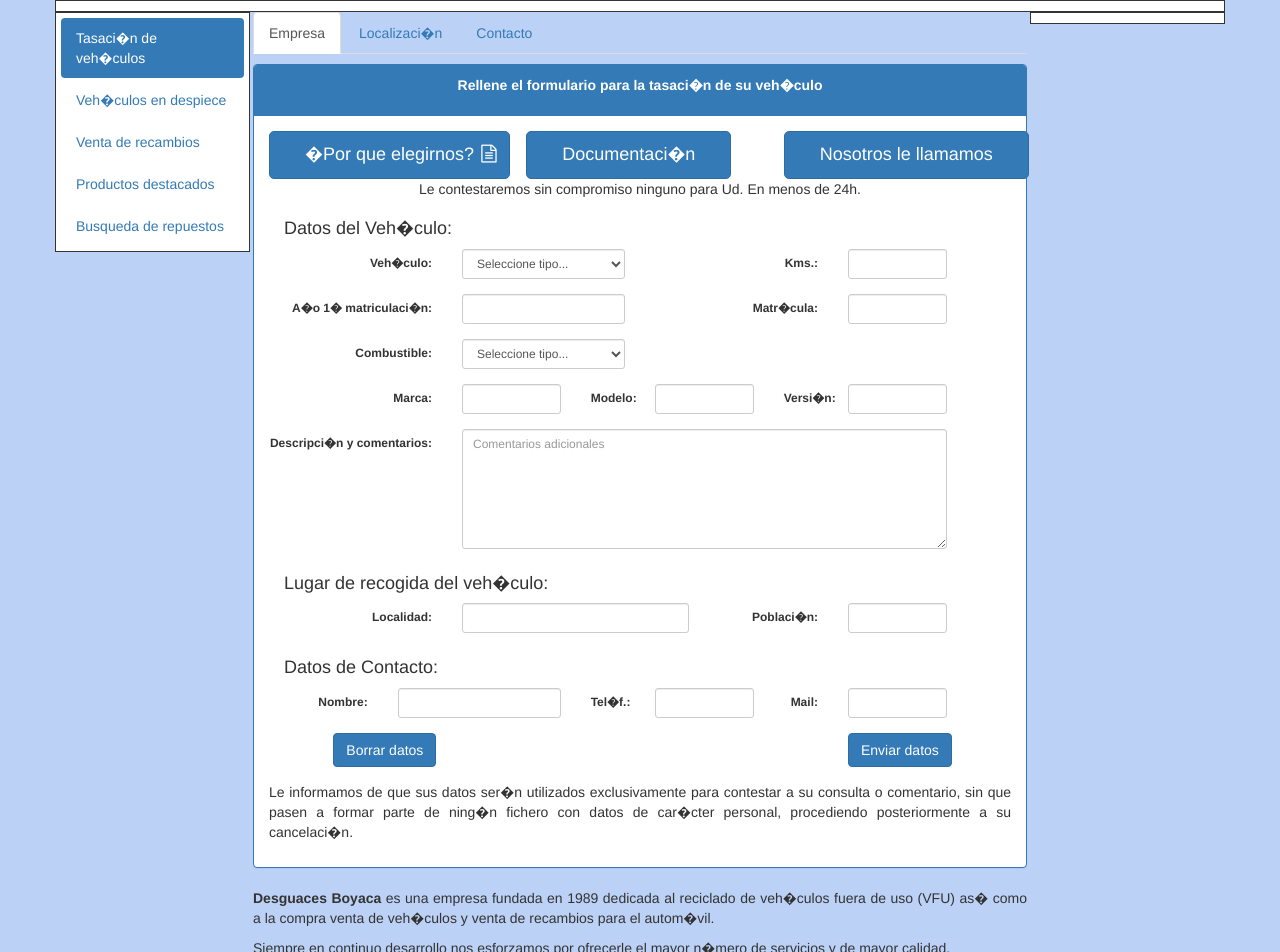
Repository: surrius/pruBoyaca
Page: http://localhost/
These files come from the project's save history. The page is drawn as it stood at one moment and after the next save; the edit follows.
The browser window is 1280 px wide. The pictures show the part of the page from y = 0 to 952 px (the page is 2669 px tall before and 2663 px after).
The page is run by PHP 8.4 with error messages shown; the project is at /var/www/html/.

Above is the page before, as saved 2016-03-02 10:57:41.

### Boyaca/index.php
<!DOCTYPE html>
<html lang="es">
  <head>
<!-- 	<meta http-equiv="Content-Type" content="text/html"; charset=utf-8"/>  -->
	<meta content="text/html; charset=iso-8859-1" http-equiv=Content-Type>
    <meta http-equiv="X-UA-Compatible" content="IE=edge">
    <meta name="viewport" content="width=device-width, initial-scale=1">
    <title>Autodesguaces Boyaca</title>

    <!-- Bootstrap -->
    <link href="bootstrap/css/bootstrap.min.css" rel="stylesheet">
    <link href="css/boyaca_css.css" rel="stylesheet">
    <link type="text/css" rel="stylesheet" href="css/font-awesome.min.css"/>
    <!-- jQuery (necessary for Bootstrap's JavaScript plugins) -->
    <script src="js/jquery-1.12.0.min.js"></script>
    <!-- Include all compiled plugins (below), or include individual files as needed -->
    <script src="bootstrap/js/bootstrap.min.js"></script>

    <!-- HTML5 Shim and Respond.js IE8 support of HTML5 elements and media queries -->
    <!-- WARNING: Respond.js doesn't work if you view the page via file:// -->
    <!--[if lt IE 9]>
      <script src="https://oss.maxcdn.com/libs/html5shiv/3.7.0/html5shiv.js"></script>
      <script src="https://oss.maxcdn.com/libs/respond.js/1.4.2/respond.min.js"></script>
    <![endif]-->
  </head>
  <body>
  	<div class="container">
  		<!-- Cabecera -->
  		<?php include "includes/main/head.php" ?>

      <!-- Parte central de interaccion con el MENU1 y el MENU2 -->
      <?php include "includes/main/central.php" ?>

      <!-- Pie de pÃ¡gina -->
      <?php include "includes/main/footer.php" ?>
  	</div>
  </body>
</html>

### Boyaca/includes/main/head.php
<!-- DIV contenedor de la cabecera -->

<div class="row prueba">

</div>

### Boyaca/includes/main/central.php

<!-- DIV contenedor de la informaciÃ³n seleccionada por el usuario desde el MENU1 y el MENU2 -->

<div class="row">
	<!-- Botonera del MENU 1 -->
	<div class="col-sm-2 prueba">
		<ul class="nav nav-pills nav-stacked">
			<li role="presentation" class="active"><a href="#">Tasación de vehículos</a></li>
			<li role="presentation"><a href="#">Vehículos en despiece</a></li>
			<li role="presentation"><a href="#">Venta de recambios</a></li>
			<li role="presentation"><a href="#">Productos destacados</a></li>
			<li role="presentation"><a href="#">Busqueda de repuestos</a></li>
		</ul>
	</div>

	<!-- div que recibirÃ¡ las pantallas segun la opcion de los MENUS que se pulse -->
	<div id="central" class="col-sm-8 menu-central">
		<ul class="nav nav-tabs">
			<li role="presentation" class="active">
				<a href="#">Empresa</a>
			</li>
			<li role="presentation">
				<a href="#">Localización</a>
			</li>
			<li role="presentation">
				<a href="#">Contacto</a>
			</li>
		</ul>

		<!-- Div donde se cargarÃ¡n todas las pantallas del MENU 2 -->
		<div id="cargaMenu2" class="carga-menu2">
			<!-- QUitar --> <?php include "includes/menu2/tasacion.php" ?>
			<!-- QUitar --> <?php include "includes/menu2/inicio.php" ?>
			<!-- QUitar --> <?php include "includes/menu2/localizacion.php" ?>
			<!-- QUitar --> <?php include "includes/menu2/contacto.php" ?>
		</div>
	</div>

	<!-- Area de Noticias y sellos autorizados -->
	<div class="col-sm-2 prueba">

	</div>
</div>

### Boyaca/includes/menu2/tasacion.php
<div class="panel panel-primary">
	<div class="panel-heading">
		<p class="text-center">
			<strong>Rellene el formulario para la tasación de su vehículo</strong>
		</p>
	</div>
	<div class="panel-body">
		<!-- Botones de ayuda tasaciones -->
		<div class="row">
			<div class="col-sm-4">
				<button id="botTasPorque" class="btn btn-primary bot-tasacion">¿Por que elegirnos?</button>
			</div>
			<div class="col-sm-4">
				<button id="botTasDocu" class="btn btn-primary bot-tasacion">Documentación</button>
			</div>
			<div class="col-sm-4">
				<button id="botTasCall" class="btn btn-primary bot-tasacion">Nosotros le llamamos</button>
			</div>
		</div>

		<p class="text-center">
			Le contestaremos sin compromiso ninguno para Ud. En menos de 24h.
		</p>
		<h4 class="col-sm-12">Datos del Vehículo:</h4>
		<form id="datosTasacion" class="form-horizontal">
			<div class="form-group form-group-sm">
			<!-- Tipo de Vehículo -->
				<label for="inputVehiculo" class="col-sm-3 control-label">Vehículo:</label>
				<div class="col-sm-3">
					<select id="inputVehiculo" class="form-control">
						<option value="00">Seleccione tipo...</option>
						<option value="01">Coche</option>
						<option value="02">Furgoneta</option>
						<option value="03">Moto</option>
					</select>
				</div>
			<!-- Kilometros -->
				<label for="kilometros" class="col-sm-1  col-md-offset-2 control-label">Kms.:</label>
				<div class="col-sm-2">
					<input type="text" class="form-control" id="kilometros" placeholder="">
				</div>
			</div>

			<!-- Año Matriculación -->
			<div class="form-group form-group-sm">
				<label for="anyoMatricula" class="col-sm-3 control-label">Año 1ª matriculación:</label>
				<div class="col-sm-3">
					<input type="text" class="form-control" id="anyoMatricula" placeholder="">
				</div>
			<!-- Matricula -->
				<label for="matricula" class="col-sm-3 control-label">Matrícula:</label>
				<div class="col-sm-2">
					<input type="text" class="form-control" id="matricula" placeholder="">
				</div>
			</div>

			<!-- Combustible -->
			<div class="form-group form-group-sm">
				<label for="inputCombustible" class="col-sm-3 control-label">Combustible:</label>
				<div class="col-sm-3">
					<select id="inputCombustible" class="form-control">
						<option value="00">Seleccione tipo...</option>
						<option value="01">Gasolina</option>
						<option value="02">Diesel</option>
						<option value="03">Híbrido</option>
					</select>
				</div>
			</div>

			<!-- Datos del vehículo -->
			<div class="form-group form-group-sm">
			<!-- Marca -->
				<label for="inputMarca" class="col-sm-3 control-label">Marca:</label>
				<div class="col-sm-2">
					<input type="text" class="form-control" id="inputMarca" placeholder="">
				</div>
			<!-- Modelo -->
				<label for="inputModelo" class="col-sm-1 control-label">Modelo:</label>
				<div class="col-sm-2">
					<input type="text" class="form-control" id="inputModelo" placeholder="">
				</div>
			<!-- Version -->
				<label for="inputVersion" class="col-sm-1 control-label">Versión:</label>
				<div class="col-sm-2">
					<input type="text" class="form-control" id="inputVersion" placeholder="">
				</div>
			</div>

			<!-- Descripción y comentarios -->
			<div class="form-group form-group-sm">
				<label for="inputDescripcion" class="col-sm-3 control-label">Descripción y comentarios:</label>
				<div class="col-sm-8">
					<textarea class="form-control" id="inputDescripcion" rows="6" placeholder="Comentarios adicionales"></textarea>
				</div>
			</div>

			<!-- Lugar de recogida -->
			<h4 class="col-sm-12">Lugar de recogida del vehículo:</h4>
			<div class="form-group form-group-sm">
			<!-- Localidad -->
				<label for="inputLocalidad" class="col-sm-3 control-label">Localidad:</label>
				<div class="col-sm-4">
					<input type="text" class="form-control" id="inputLocalidad" placeholder="">
				</div>
			<!-- Población -->
				<label for="inputPoblacion" class="col-sm-2 control-label">Población:</label>
				<div class="col-sm-2">
					<input type="text" class="form-control" id="inputPoblacion" placeholder="">
				</div>
			</div>

			<!-- Datos de Contacto -->
			<h4 class="col-sm-12">Datos de Contacto:</h4>
			<div class="form-group form-group-sm">
			<!-- Marca -->
				<label for="inputMarca" class="col-sm-2 control-label">Nombre:</label>
				<div class="col-sm-3">
					<input type="text" class="form-control" id="inputMarca" placeholder="">
				</div>
			<!-- Modelo -->
				<label for="inputModelo" class="col-sm-1 control-label">Teléf.:</label>
				<div class="col-sm-2">
					<input type="text" class="form-control" id="inputModelo" placeholder="">
				</div>
			<!-- Version -->
				<label for="inputVersion" class="col-sm-1 control-label">Mail:</label>
				<div class="col-sm-2">
					<input type="text" class="form-control" id="inputVersion" placeholder="">
				</div>
			</div>

			<!-- Boton Limpiar formulario -->
			<div class="form-group form-group-sm">
				<div class="col-sm-3 col-md-offset-1">
					<button id="botTasaLimpiar" type="submit" class="btn btn-primary">Borrar datos</button>
				</div>
			<!-- Boton de envio de datos -->
				<div class="col-sm-3 col-md-offset-5">
					<button id="botTasaEnviar" type="submit" class="btn btn-primary">Enviar datos</button>
				</div>
			</div>
			<p class="text-justify">
				Le informamos de que sus datos serán utilizados exclusivamente para contestar a su consulta o comentario, sin que pasen a formar parte de ningún
				fichero con datos de carácter personal, procediendo posteriormente a su cancelación.
			</p>
		</form>
	</div>
</div>

### Boyaca/includes/menu2/inicio.php
<!--
/* **************************************************************** */
/* **************************************************************** */
/*				Codigo HTML de la pagina de Inicio					*/
/* **************************************************************** */
/* **************************************************************** */
-->
<div class="margenes">
	<p class="text-justify">
		<strong>Desguaces Boyaca</strong> es una empresa fundada en 1989 dedicada al reciclado de vehículos fuera de uso (VFU) así como a la compra venta de
		vehículos y venta de recambios para el automóvil.
	</p>
	<p class="text-justify">
		Siempre en continuo desarrollo nos esforzamos por ofrecerle el mayor número de servicios y de mayor calidad.
	</p>
	<p class="text-justify">
		Compramos su vehículo siniestrado o averiado. Nosotros nos ocupamos de todo: grua, baja de tráfico, transferencia etc... y sin
		ningún coste para usted.
	</p>
	<p class="text-justify">
		Más de 15.000 recambios en stock, todos revisados y garantizados.
	</p>
</div>

<div class="embed-responsive embed-responsive-16by9">
  	<iframe class="embed-responsive-item" src="https://www.youtube.com/embed/ho7oXw0vpfE"></iframe>
</div>

### Boyaca/includes/menu2/localizacion.php
<!--
/* **************************************************************** */
/* **************************************************************** */
/*				Codigo HTML de la pagina de Localizacion			*/
/* **************************************************************** */
/* **************************************************************** */
-->

<div class="margenes">
	<p class="text-justify">
		<strong>Nota:</strong> Inicie sesión en Google si desea interactuar con la ubicación de su casa, trabajo u otros sitios e
		información que tenga guardados.
	</p>
</div>

<div class="embed-responsive embed-responsive-16by9">
	<iframe src="https://www.google.com/maps/embed?pb=!1m14!1m8!1m3!1d97476.31931069591!2d-3.638363!3d40.228301!3m2!1i1024!2i768!4f13.1!3m3!1m2!1s0x0%3A0x76fb7586fd66fec5!2sDesguaces+Boyac%C3%A1!5e0!3m2!1ses!2sus!4v1454864953410" width="600" height="450" frameborder="0" style="border:0" allowfullscreen></iframe>
</div>

### Boyaca/includes/menu2/contacto.php
<div class="panel panel-primary">
	<div class="panel-heading">
		<p class="text-center"><strong>Rellene el formulario para contactar con nosotros</strong></p>
	</div>
	<div class="panel-body">
		<p class="text-justify">
			Puede contactar con nosotros rellenado el siguiente formulario o en la dirección info@desguacesboyaca.es.
		</p>
		<form id="datosContacto" class="form-horizontal">
			<!-- Nombre y apellidos -->
			<div class="form-group">
				<label for="inputNombre" class="col-sm-3 control-label">Nombre y apellidos</label>
				<div class="col-sm-8">
					<input type="text" class="form-control" id="inputNombre" placeholder="Nombre y apellidos">
				</div>
			</div>
			<!-- DirecciÃ³n -->
			<div class="form-group">
				<label for="inputDireccion" class="col-sm-3 control-label">Dirección</label>
				<div class="col-sm-8">
					<input type="text" class="form-control" id="inputDireccion" placeholder="Dirección">
				</div>
			</div>
			<!-- TelÃ©fono -->
			<div class="form-group">
				<label for="inputTelefono" class="col-sm-3 control-label">Teléfono</label>
				<div class="col-sm-8">
					<input type="email" class="form-control" id="inputTelefono" placeholder="Teléfono">
				</div>
			</div>
			<!-- Email -->
			<div class="form-group">
				<label for="inputEmail" class="col-sm-3 control-label">Email</label>
				<div class="col-sm-8">
					<input type="email" class="form-control" id="inputEmail" placeholder="Email">
				</div>
			</div>
			<!-- Consulta -->
			<div class="form-group">
				<label for="inputConsulta" class="col-sm-3 control-label">Consulta</label>
				<div class="col-sm-8">
					<textarea class="form-control" id="inputConsulta" rows="4" placeholder="Consulta"></textarea>
				</div>
			</div>
			<!-- Boton de envio de datos -->
			<div class="form-group">
				<div class="col-sm-3 pull-right">
					<button type="submit" class="btn btn-primary">Enviar datos</button>
				</div>
			</div>
			<p class="text-justify">
				Le informamos de que sus datos serán utilizados exclusivamente para contestar a su consulta o comentario, sin que pasen a formar parte de ningún
				fichero con datos de carácter personal, procediendo posteriormente a su cancelación.
			</p>
		</form>
	</div>
</div>

### Boyaca/includes/main/footer.php
<!-- DIV contenedor de el pie de página -->

<div class="row well">
	<footer class="footer">
		<p class="text-center">
			<span class="glyphicon glyphicon-globe" aria-hidden="true"></span>
			www.desguacesboyaca.es
		</p>
		<h6>
			<p class="text-center">Tramitar la baja de un coche | Desguaces en Madrid | Vender coche siniestrado</p>
		</h6>
	</footer>
</div>

### Boyaca/css/boyaca_css.css
/* **************************************************************** */
/* **************************************************************** */
/*  CSS con las clases externas a bootstrap usadas para el diseÃ±o   */
/*  de la pÃ¡gina web.												*/
/* **************************************************************** */
/* **************************************************************** */
/*//// QUITAR //////*/
.prueba {
  border: 1px;
  border-style: solid;
  padding: 5px;
  background-color: white;
}

/* **************************************************************** */


/* 					        Clases CSS sobre etiquetas html 				        */
/* **************************************************************** */

body {
  background-color: #bcd1f6;
}

/*          		           Nuevas clases CSS 							          */
/* **************************************************************** */

.menu-central {
	padding-left: 3px;
	padding-right: 3px;
}

.carga-menu2 {
	padding-bottom: 10px;
    padding-top: 10px;
}

.margenes {
	margin-bottom: 20px;
}

/* ************************ Pantalla de tasacion ************************ */
/* Animacion de los botones superiores de la pantalla de tasación - INI */
.bot-tasacion {
/* 	border: none; */
/* 	background: #3a7999; */
/* 	color: #f2f2f2; */
/* 	padding: 10px; */
	font-size: 18px;
	border-radius: 5px;
/* 	position: relative; */
	box-sizing: border-box;
	transition: all 500ms ease;
	padding: 10px 35px;
	overflow:hidden;
}

/* Botón Porque */
#botTasPorque.bot-tasacion:before {
	font-family: FontAwesome;
	content:"\f059";
	position: absolute;
	top: 11px;
	left: -30px;
	transition: all 200ms ease;
}

#botTasPorque.bot-tasacion:hover:before {
	left: 7px;
}

/* Botón Documentacion */
#botTasDocu.bot-tasacion:before {
	font-family: FontAwesome;
	content:"\f0f6";
	position: absolute;
	top: 11px;
	left: -30px;
	transition: all 200ms ease;
}

#botTasDocu.bot-tasacion:hover:before {
	left: 7px;
}

/* Botón Nosotros le llamamos */
#botTasCall.bot-tasacion:before {
	font-family: FontAwesome;
	content:"\f095";
	position: absolute;
	top: 11px;
	left: -30px;
	transition: all 200ms ease;
}

#botTasCall.bot-tasacion:hover:before {
	left: 7px;
}
/* Animacion de los botones superiores de la pantalla de tasación - FIN */
/* ******************************************************************** */

Loaded but not shown: Boyaca/bootstrap/css/bootstrap.min.css (library); Boyaca/css/font-awesome.min.css (library); Boyaca/js/jquery-1.12.0.min.js (library); Boyaca/bootstrap/js/bootstrap.min.js (library)

After the next save:
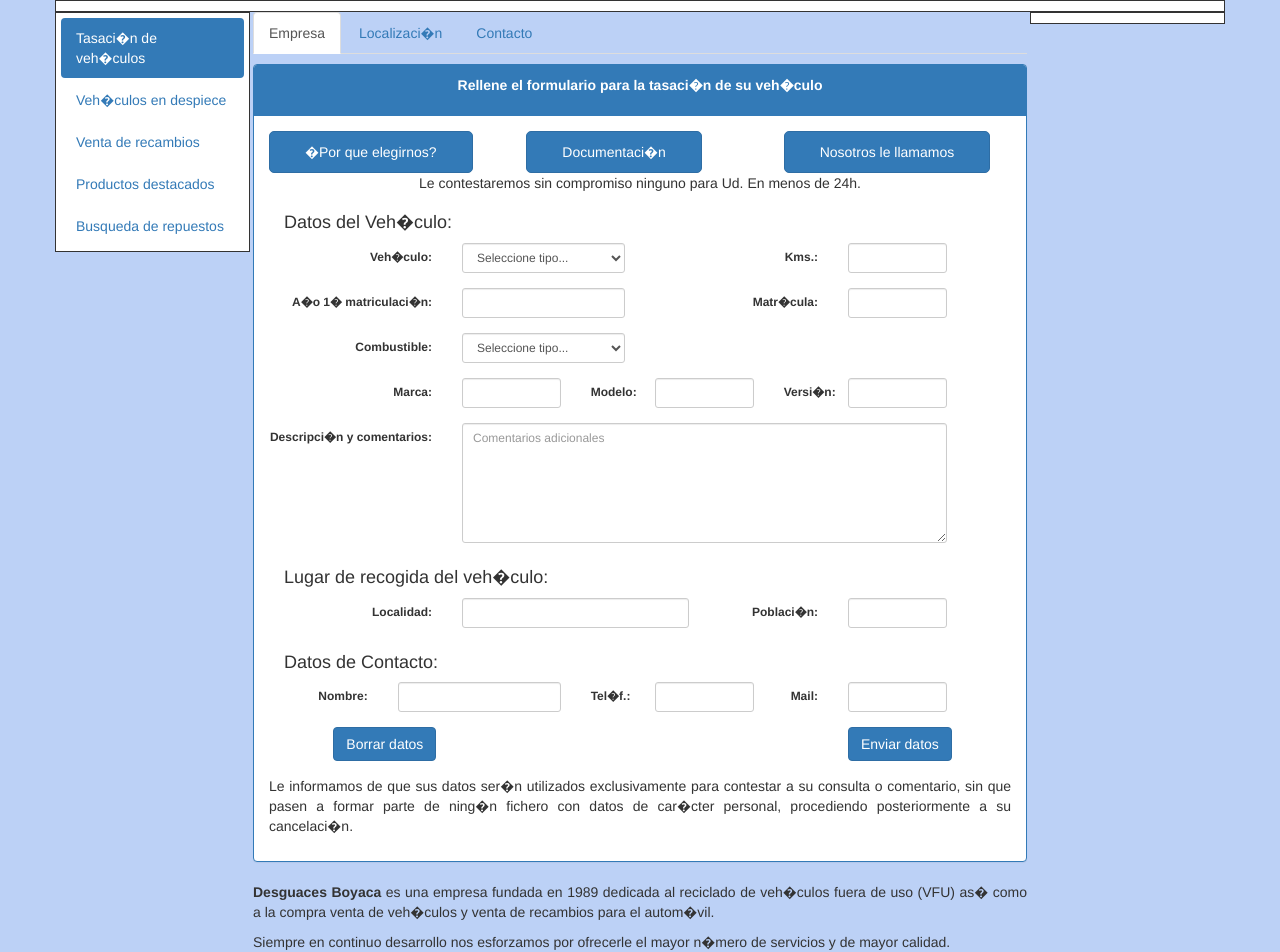
Saved 14 s later.
--- a/Boyaca/css/boyaca_css.css
+++ b/Boyaca/css/boyaca_css.css
@@ -46,7 +46,7 @@ body {
 /* 	background: #3a7999; */
 /* 	color: #f2f2f2; */
 /* 	padding: 10px; */
-	font-size: 18px;
+/* 	font-size: 18px; */
 	border-radius: 5px;
 /* 	position: relative; */
 	box-sizing: border-box;
